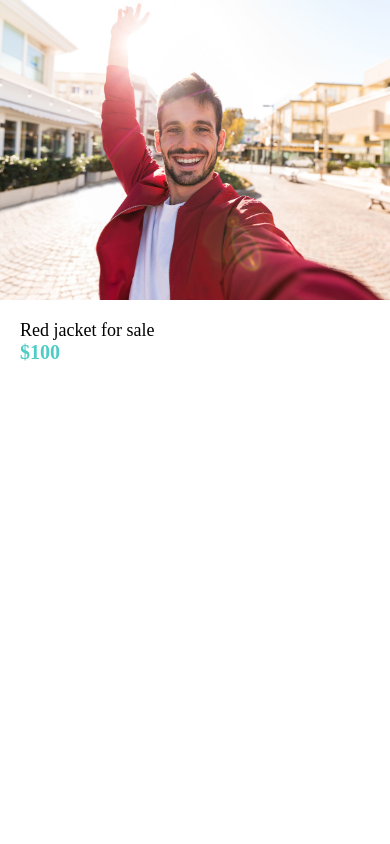
Repository: georgehgfonseca/F05-Trena-Native
Screen: /
These files come from the project's save history. The screen is drawn as it stood at one moment and after the next save; the edit follows.
The app was drawn by React Native's web renderer in a window 390 px wide. The project was rebuilt for these pictures with package versions that can differ from the ones it lists, and the page was loaded fresh each time.

Above is the screen before, as saved 2022-10-13 15:47:29.

### App.tsx
import { View } from "react-native";
import Card from "./app/components/Card";
import { ListingDetailsScreen } from "./app/screens/ListingDetailsScreen";
import WelcomeScreen from "./app/screens/WelcomeScreen";

export default function App() {
  return <ListingDetailsScreen></ListingDetailsScreen>;
}

// <View style={{ backgroundColor: "#f8f4f4", padding: 20, paddingTop: 100 }}>
//   <Card
//     title="Red jacket for sale"
//     subTitle="$100"
//     image={require("./app/assets/jacket.jpg")}
//   ></Card>
// </View>
// import {
//   StyleSheet,
//   Text,
//   View,
//   Image,
//   ImageBackground,
//   SafeAreaView,
//   TouchableHighlight,
//   Button,
//   Alert,
//   Platform,
//   StatusBar,
//   Dimensions,
// } from "react-native";
// import {
//   useDimensions,
//   useDeviceOrientation,
// } from "@react-native-community/hooks";
// import { MaterialCommunityIcons } from "@expo/vector-icons";

// <View style={{ flex: 1, justifyContent: "center", alignItems: "center" }}>
//   </View>
{
  /* <AppButton text="LOGIN" color={colors.primary}></AppButton>
      <AppButton text="REGISTER" color={colors.secondary}></AppButton> */
}
{
  /* <AppText>I love React Native!</AppText> */
}
{
  /* <MaterialCommunityIcons
        size={60}
        color="dodgerblue"
        name="email"
      ></MaterialCommunityIcons> */
}
{
  /* <View
        style={{
          backgroundColor: "dodgerblue",
          width: 100,
          height: 100,
          padding: 20,
          paddingHorizontal: 10,
          paddingLeft: 30,
          // borderWidth: 10,
          // borderRadius: 50,
          // borderColor: "royalblue",
          // elevation: 20,
        }}
      >
        <View style={{ backgroundColor: "gold", width: 50, height: 50 }}></View>
      </View>
      <View
        style={{
          backgroundColor: "tomato",
          width: 100,
          height: 100,
          margin: 20,
        }}
      ></View> */
}

### app/screens/ListingDetailsScreen.tsx
import React from "react";
import { Image, View, StyleSheet } from "react-native";

import AppText from "../components/AppText";
import colors from "../config/colors";

export function ListingDetailsScreen(props: any) {
  return (
    <View>
      <Image
        style={styles.image}
        source={require("../assets/jacket.jpg")}
      ></Image>
      <View style={styles.detailsContainer}>
        <AppText style={styles.title}>Red jacket for sale</AppText>
        <AppText style={styles.price}>$100</AppText>
      </View>
    </View>
  );
}

const styles = StyleSheet.create({
  detailsContainer: {
    padding: 20,
  },
  image: {
    width: "100%",
    height: 300,
  },
  price: {
    color: colors.secondary,
    fontWeight: "bold",
    fontSize: 20,
  },
  title: {
    font: 24,
    fontWeight: "500",
  },
});

### app/components/AppText.tsx
import React from "react";
import { Text, StyleSheet, Platform } from "react-native";

function AppText({ children, style }: any) {
  return <Text style={[styles.text, style]}>{children}</Text>;
}

const styles = StyleSheet.create({
  text: {
    fontSize: 18,
    fontFamily: Platform.OS === "android" ? "Roboto" : "Avenir",
  },
});

export default AppText;

### app/config/colors.ts
export default {
    primary: "#fc5c65",
    secondary: "#4ecdc4",
    black: "#000",
    white: "#fff"
}

After the next save:
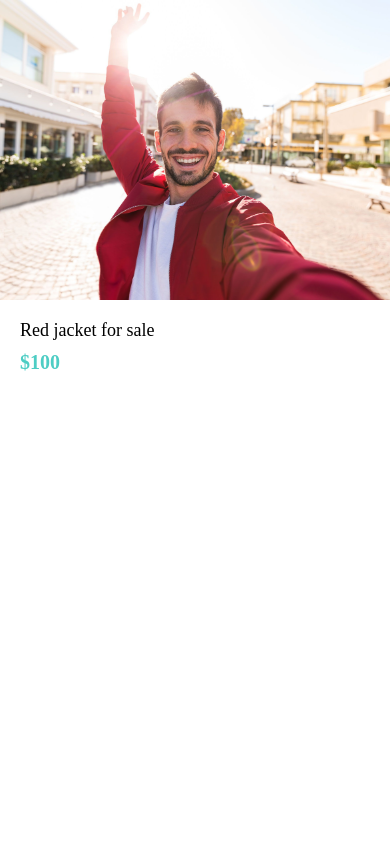
Saved 16 s later.
--- a/app/screens/ListingDetailsScreen.tsx
+++ b/app/screens/ListingDetailsScreen.tsx
@@ -31,6 +31,7 @@ const styles = StyleSheet.create({
     color: colors.secondary,
     fontWeight: "bold",
     fontSize: 20,
+    marginVertical: 10,
   },
   title: {
     font: 24,
